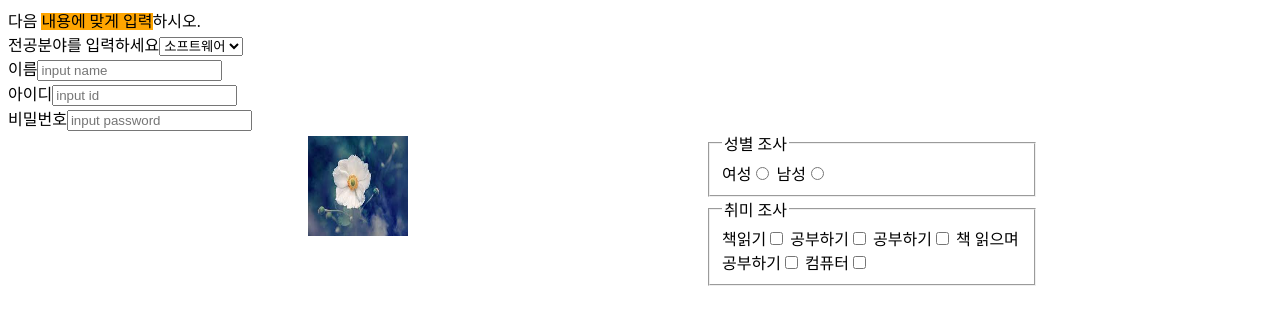
Repository: jwlee0714/HTML
Page: html/quiz-설문조사.html
These files come from the project's save history. The page is drawn as it stood at one moment and after the next save; the edit follows.
The browser window is 1280 px wide. The pictures show the whole page.

Above is the page before, as saved 2021-10-05 08:41:32.

After the next save:
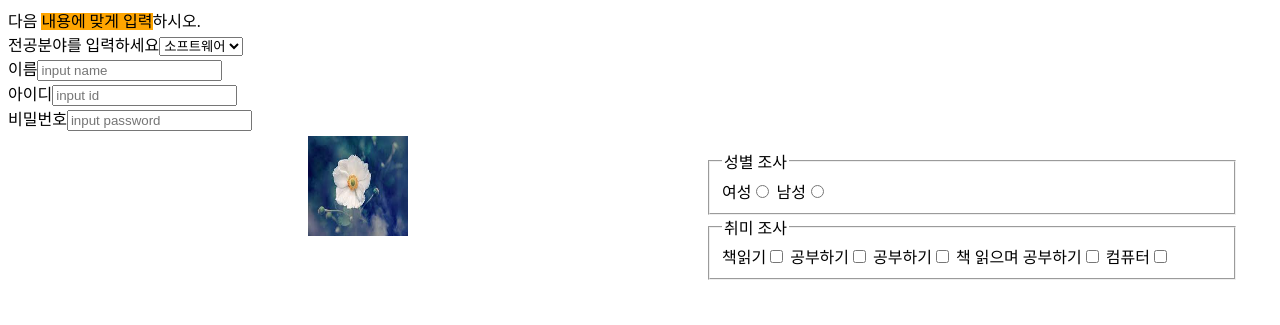
Saved 54 s later.
--- a/html/quiz-설문조사.html
+++ b/html/quiz-설문조사.html
@@ -37,13 +37,14 @@
 	</tr>
 	</table>
 
-<fieldset style="width:300px;">
+<br>
+<fieldset style="width:500px;">
 		<legend>성별 조사 </legend>
 		여성<input type="radio">
 		남성<input type="radio">
 	</fieldset>
 
-	<fieldset style="width:300px;">
+	<fieldset style="width:500px;">
 		<legend>취미 조사 </legend>
 		책읽기<input type="checkbox">
 		공부하기<input type="checkbox">
